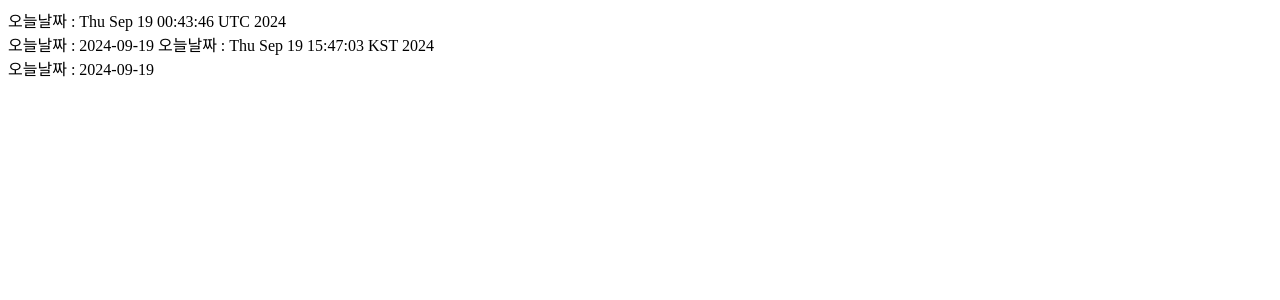
Repository: sxxzxn/JSP
Page: http://localhost/Test/Test2.jsp
The author's editor kept a copy of each file at every save. The page is drawn from the files as they stood at one save, then again after the next save.
The browser window is 1280 px wide. The pictures show the whole page.
The page is served by Tomcat 10.

Above is the page before, as saved 2024-09-19 06:47:23.

After the next save:
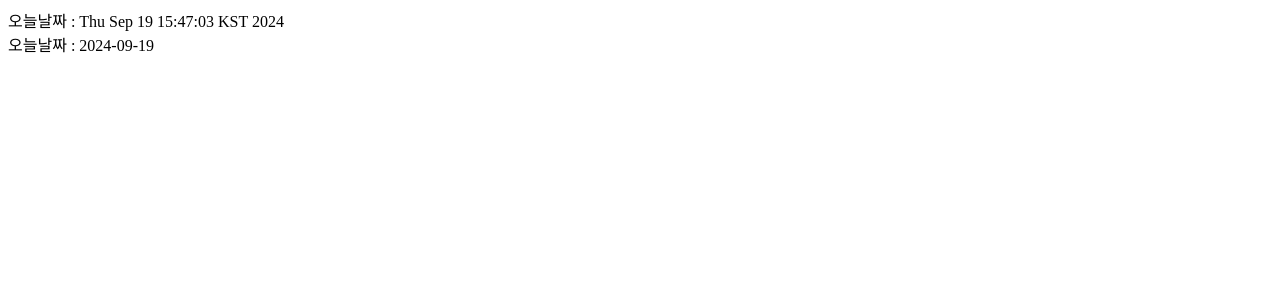
Saved 80 s later.
--- a/Test/src/main/webapp/Test2.jsp
+++ b/Test/src/main/webapp/Test2.jsp
@@ -10,14 +10,14 @@
 </head>
 <body>
 <%
-Date  today = new Date();
-SimpleDateFormat dateFormat = new SimpleDateFormat("yyyy-MM-dd");
-String today2 = dateFormat.format(today);
-out.println("오늘날짜 : "+ today+"</br>");
-out.println("오늘날짜 : "+ today2);
+// Date  today = new Date();
+// SimpleDateFormat dateFormat = new SimpleDateFormat("yyyy-MM-dd");
+// String today2 = dateFormat.format(today);
+// out.println("오늘날짜 : "+ today+"</br>");
+// out.println("오늘날짜 : "+ today2);
 %>
-오늘날짜 : Thu Sep 19 15:47:03 KST 2024</br>
-오늘날짜 : 2024-09-19
+<span>오늘날짜 :</span><span id="today"> Thu Sep 19 15:47:03 KST 2024</span></br>
+<span>오늘날짜 :</span><span id="today"> 2024-09-19</span>
 
 </body>
 </html>
